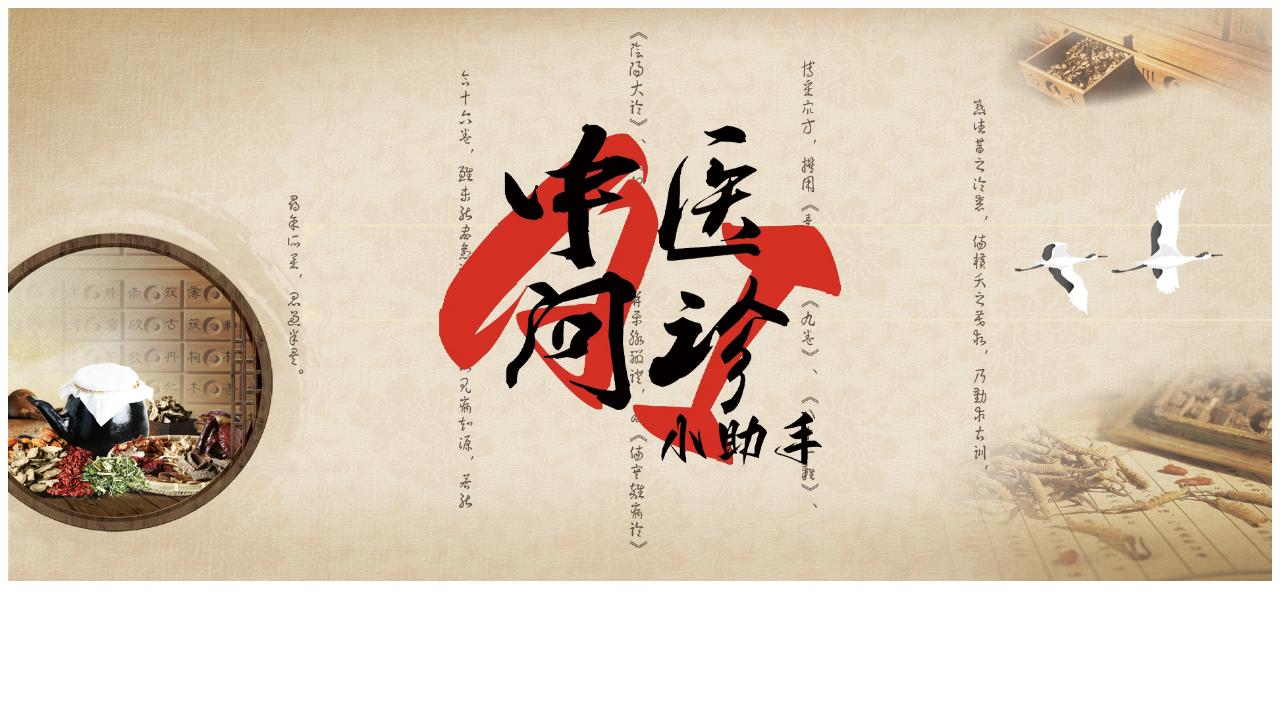
Repository: chjyume/zhongyi
Page: index.html
The author's editor kept a copy of each file at every save. The page is drawn from the files as they stood at one save, then again after the next save.
The browser window is 1280 px wide. The page is 1280 px wide, then 1288 px, so the pictures cover 1288 px, including what lies to the right of the window. The pictures show the whole page.

Above is the page before, as saved 2023-06-25 09:13:58.

### index.html
<!DOCTYPE html>
<html>
	<head>
        <meta charset="utf-8" />
        <meta http-equiv="Refresh" content="5;url=index2.html">
		<title>中医问诊首页</title>
	</head>
	<body>
		<img src="img/img1-1.png" width="100%" height="100%">
	</body>
</html>

After the next save:
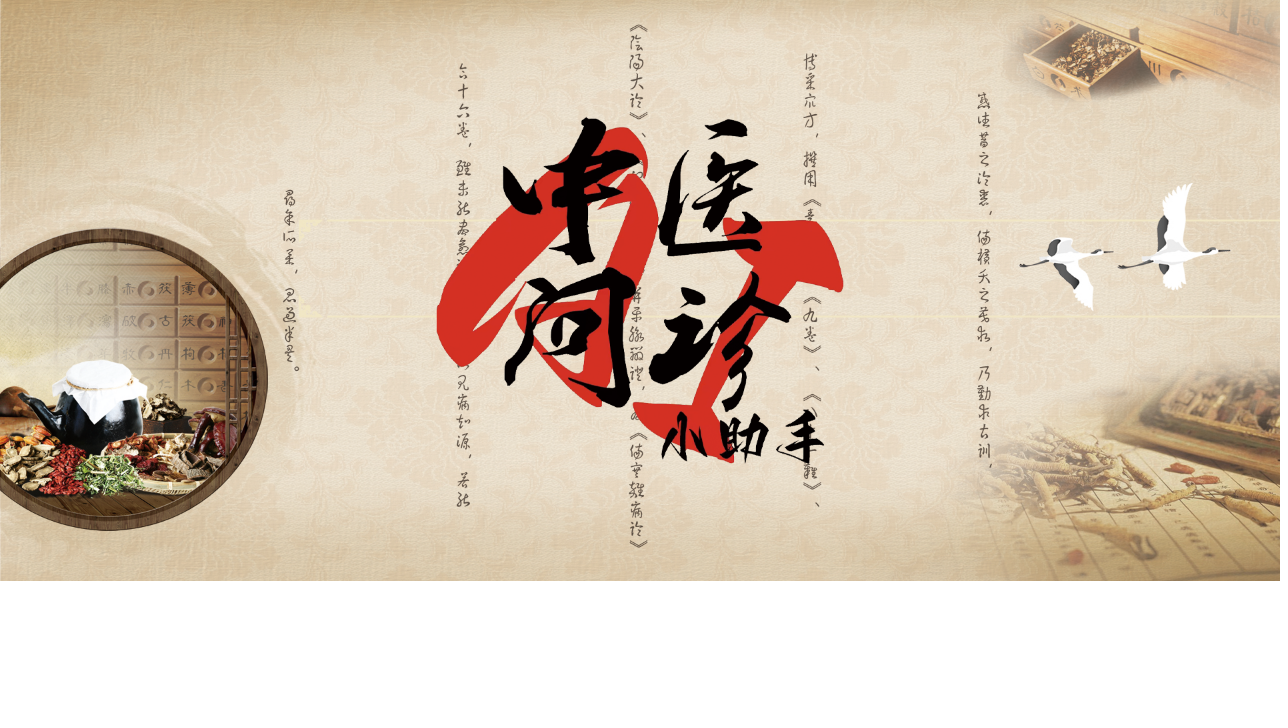
Saved 84 s later.
--- a/index.html
+++ b/index.html
@@ -5,7 +5,20 @@
         <meta http-equiv="Refresh" content="5;url=index2.html">
 		<title>中医问诊首页</title>
 	</head>
+	<style>
+		body
+		{
+
+			background-image:url("img/img1-1.png");
+			background-repeat:no-repeat;
+			height: 100%;
+			width: 100%;
+			background-size:cover;
+			position:absolute;
+			left:0;
+			top:0;
+		}
+		</style>
 	<body>
-		<img src="img/img1-1.png" width="100%" height="100%">
 	</body>
 </html>
